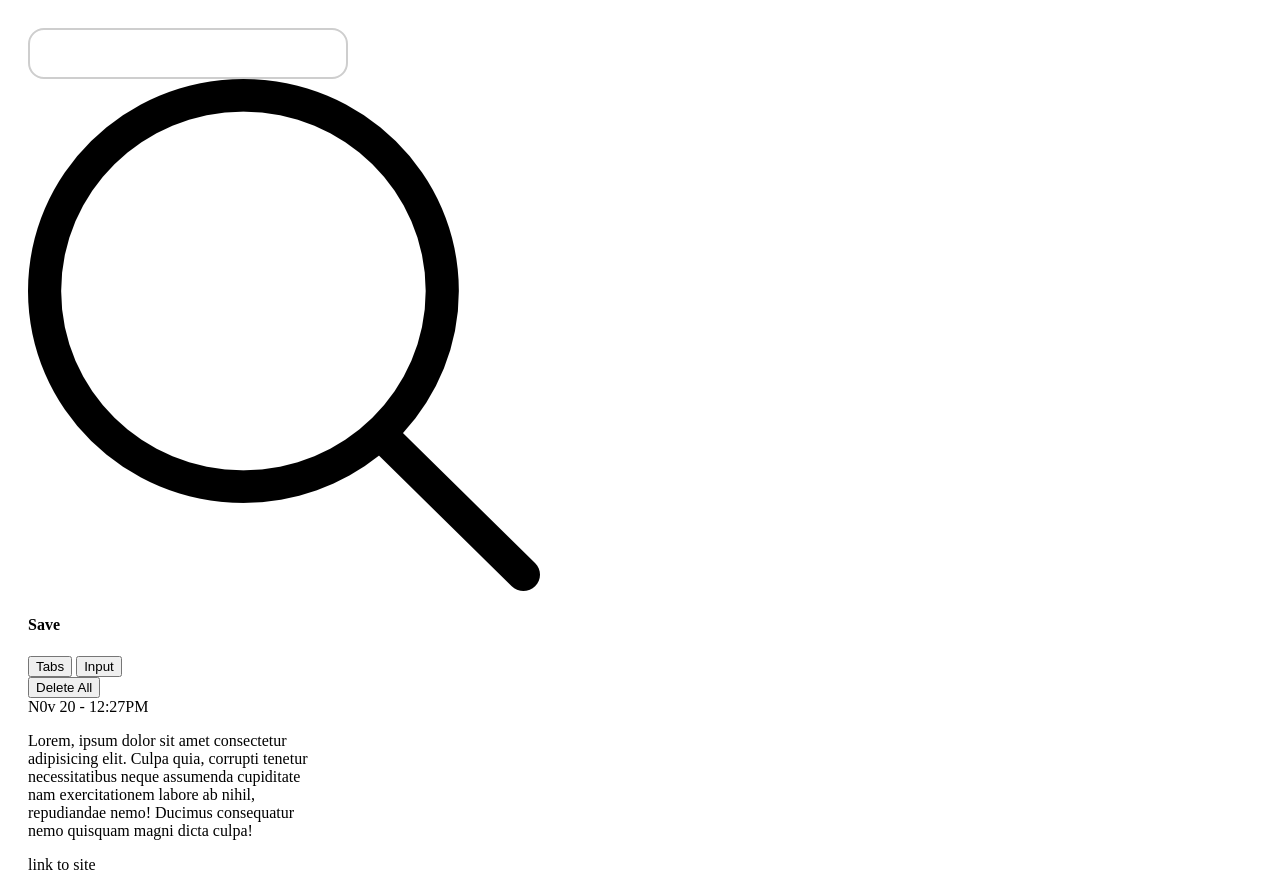
Repository: IdowuMicheal-1/Text-Tab-Organizer
Page: popup.html
An editor plug-in stored every save of this project. The page is shown before and after a run of saves, followed by the edit.
The browser window is 1280 px wide. The pictures show the whole page.

Above is the page before, as saved 2025-05-14 09:57:31.

### popup.html
<!DOCTYPE html>
<html lang="en">
  <head>
    <meta charset="UTF-8" />
    <meta name="viewport" content="width=device-width, initial-scale=1.0" />
    <link rel="stylesheet" href="./popup.css" />
    <title>Tabs</title>
  </head>
  <body>
    <div>
        <div class="input-div">
      <input type="text" class="text-ipt"/>
      <img src="./assets/search.png" />
      </div>
      <div>
        <div>
          <h4>Save</h4>
          <button>Tabs</button>
          <button>Input</button>
        </div>
        <button>Delete All</button>
      </div>
      <div>
        <div>N0v 20 - 12:27PM</div>

        <p>
          Lorem, ipsum dolor sit amet consectetur adipisicing elit. Culpa quia,
          corrupti tenetur necessitatibus neque assumenda cupiditate nam
          exercitationem labore ab nihil, repudiandae nemo! Ducimus consequatur
          nemo quisquam magni dicta culpa!
        </p>
        <p>link to site</p>
      </div>
    </div>
    <script src="./popup.js"></script>
  </body>
</html>

### popup.css
body {
  width: 300px;
  padding: 20px;
  height: 100px;
  min-height: 100px;
}

.text-ipt{
    width: 100%;
    border-radius: 16px;
    padding: 16px 8px;
    border: 2px solid rgb(206, 206, 206);
}

Loaded but not shown: popup.js (no copy from this time; the picture is the same without it)

After the next 3 saves:
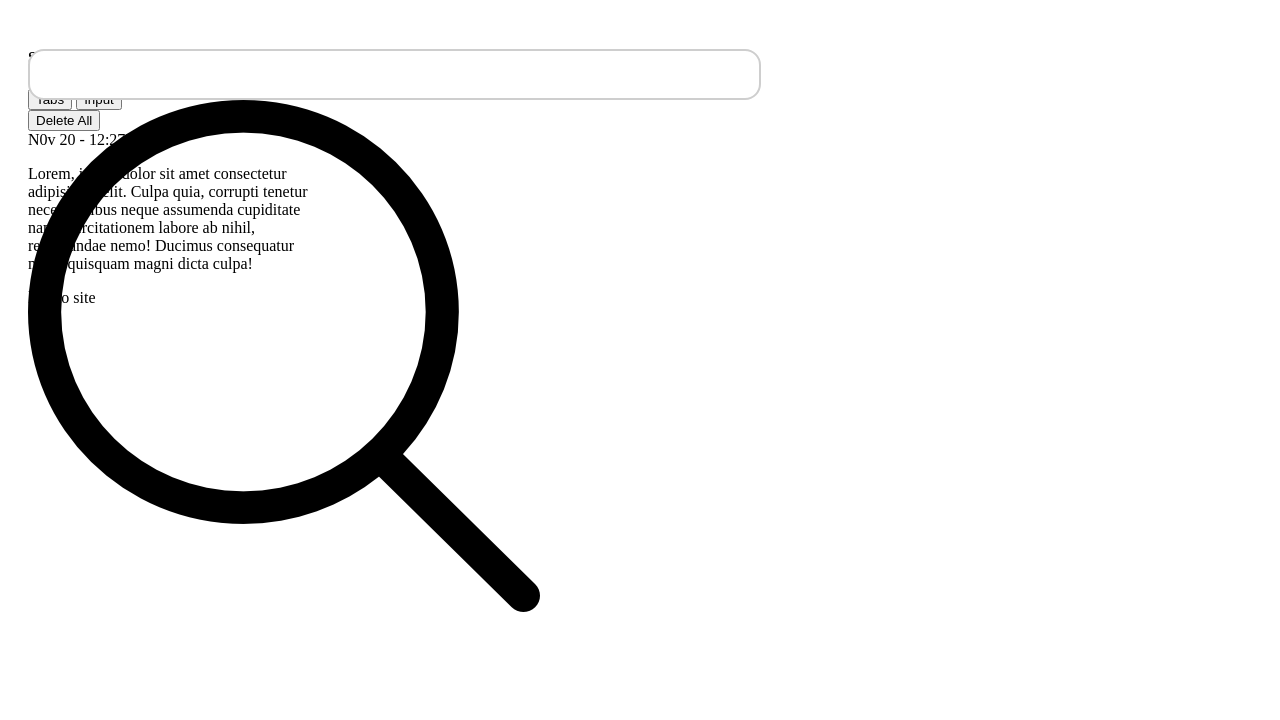
The 3 saves are shown as one change because they came seconds apart.
The last was saved 17 s later.
--- a/popup.css
+++ b/popup.css
@@ -3,6 +3,10 @@
   padding: 20px;
   height: 100px;
   min-height: 100px;
+}
+
+.input-div{
+    position: absolute;
 }
 
 .text-ipt{

After the save that followed:
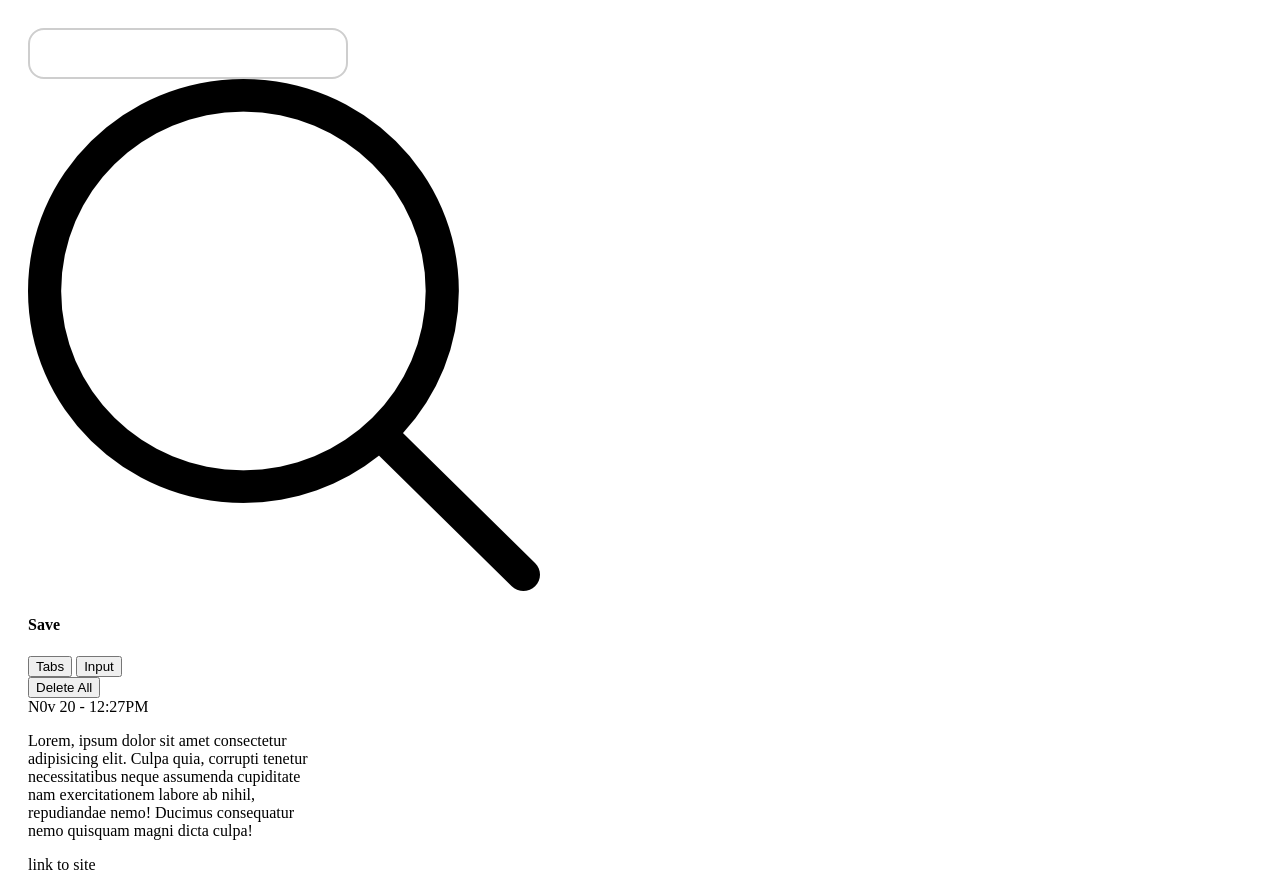
Saved 70 s later.
--- a/popup.css
+++ b/popup.css
@@ -6,7 +6,7 @@
 }
 
 .input-div{
-    position: absolute;
+    position: relative;
 }
 
 .text-ipt{
